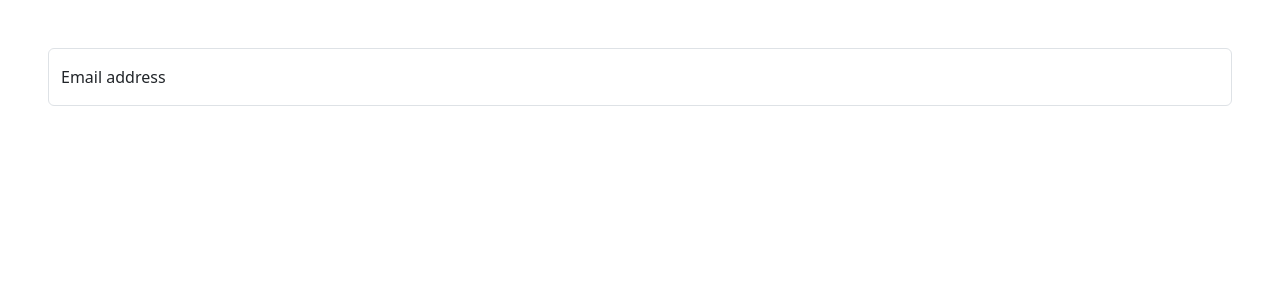
Repository: Riyakashiwala/practical
Page: riya 6th sem/form.html
These files come from the project's save history. The page is drawn as it stood at one moment and after the next save; the edit follows.
The browser window is 1280 px wide. The pictures show the whole page.

Above is the page before, as saved 2024-12-12 06:02:49.

After the next save:
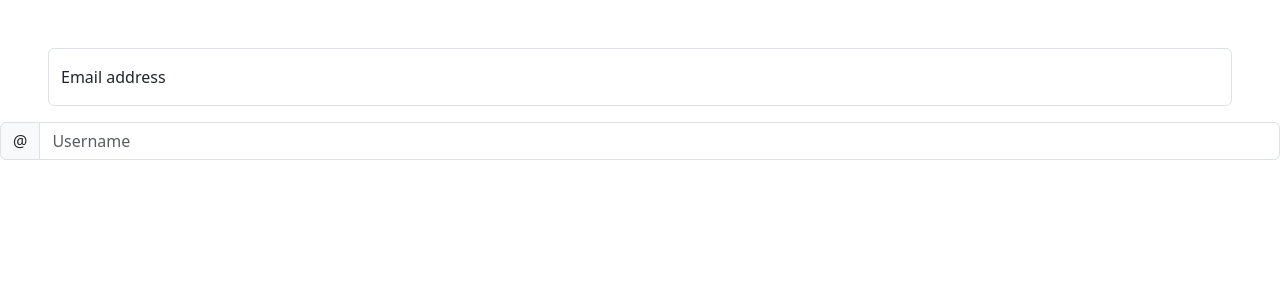
Saved 7 s later.
--- a/riya 6th sem/form.html
+++ b/riya 6th sem/form.html
@@ -13,6 +13,10 @@
         <label for="floatingInput">Email address</label>
     </div>
 
+    <div class="input-group mb-3">
+  <span class="input-group-text" id="basic-addon1">@</span>
+  <input type="text" class="form-control" placeholder="Username" aria-label="Username" aria-describedby="basic-addon1">
+</div>
     <script src="https://cdn.jsdelivr.net/npm/bootstrap@5.3.3/dist/js/bootstrap.bundle.min.js" integrity="sha384-YvpcrYf0tY3lHB60NNkmXc5s9fDVZLESaAA55NDzOxhy9GkcIdslK1eN7N6jIeHz" crossorigin="anonymous"></script>
 </body>
 </html>
